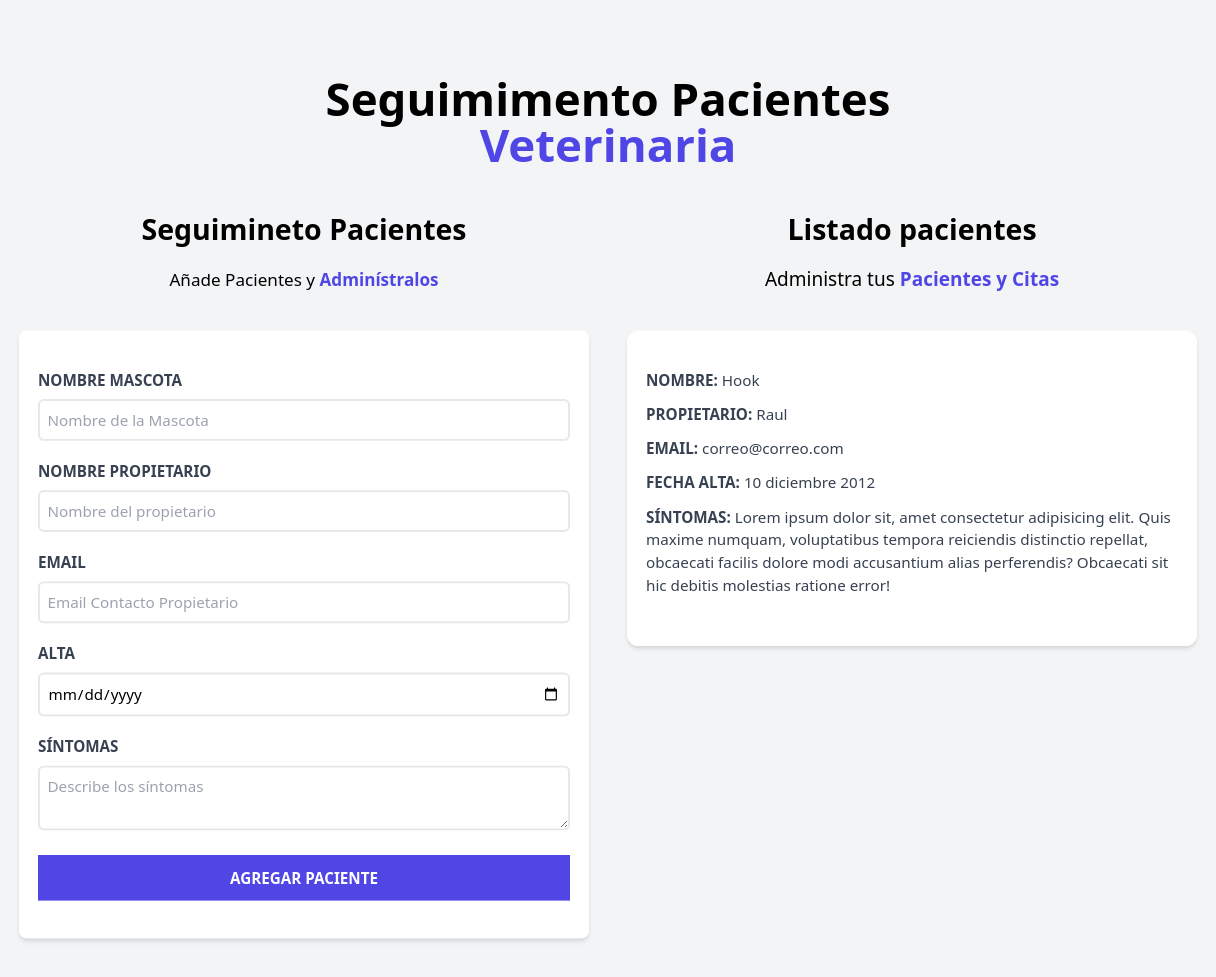
Repository: rlaureano/citas_react
Page: /
An editor plug-in stored every save of this project. The page is shown before and after the next save, followed by the edit.
The browser window is 1280 px wide. The pictures show the whole page, at 95% of full size.
The project was rebuilt for these pictures with package versions that can differ from the ones it lists, and the page was loaded fresh each time. Also part of the build but not shown: vite.config.js, src/components/Error.jsx.

Above is the page before, as saved 2022-01-14 21:03:28.

### src/App.jsx
import { useState } from "react"

import Formulario from "./components/Formulario"
import Header from "./components/Header"
import ListadoPacientes from "./components/ListadoPacientes"

function App() {

  const [ pacientes, setPacientes ] = useState([]);

  return (
    <div className="container mx-auto mt-20 max-w-7xl">
      <Header  />
      <div className="mt-12 md:flex">
        <Formulario
          pacientes = { pacientes }
          setPacientes = { setPacientes }
        />
        <ListadoPacientes
          pacientes = { pacientes }
        />
      </div>
    </div>
  )
}

export default App

### src/components/Formulario.jsx
import {useState, useEffect} from 'react'
import Error from './Error'

const Formulario = ( { setPacientes, pacientes }) => {

  const [ nombre, setNombre ] = useState('');
  const [ propietario, setPropietario ] = useState('');
  const [ email, setEmail ] = useState('');
  const [ fecha, setFecha ] = useState('');
  const [ sintomas, setSintomas ] = useState('');

  const [ error, setError ] = useState(false);

  const handleSubmit = e => {

    e.preventDefault();

    if( [ nombre, propietario, email, fecha, sintomas ].includes('') ) return setError(true)

    setError(false)

    const objPaciente = { nombre, propietario, email, fecha, sintomas }

    setPacientes( [ ...pacientes, objPaciente ] )
    setNombre('')
    setPropietario('')
    setEmail('')
    setFecha('')
    setSintomas('')

  }

  return (
    <div className="md:w-1/2 lg:w2/5">

      <h2 className="font-black text-3xl text-center">Seguimineto Pacientes</h2>

      <p className="text-lg mt-5 text-center mb-10">
        Añade Pacientes y {''}
        <span className="text-indigo-600 font-bold text-lg">Adminístralos</span>
      </p>

      <form action="" className="bg-white shadow-md rounded-lg py-10 px-5 mb-10 mx-5" onSubmit={ handleSubmit }>

        { error && <Error message = 'Todos los campos son obligatorios' /> }

        <div className="mb-5">
          <label htmlFor="mascota" className="block text-gray-700 uppercase font-bold">Nombre Mascota</label>
          <input
            id='mascota'
            type="text"
            placeholder="Nombre de la Mascota"
            className="border-2 w-full p-2 mt-2 placeholder-gray-400 rounded-md"
            value={ nombre }
            onChange={ (e) => setNombre(e.target.value) }
          />
        </div>

        <div className="mb-5">
          <label htmlFor="propietario" className="block text-gray-700 uppercase font-bold">Nombre Propietario</label>
          <input
            id='propietario'
            type="text"
            placeholder="Nombre del propietario"
            className="border-2 w-full p-2 mt-2 placeholder-gray-400 rounded-md"
            value={ propietario }
            onChange={ (e) => setPropietario(e.target.value) }
          />
        </div>

        <div className="mb-5">
          <label htmlFor="email" className="block text-gray-700 uppercase font-bold">Email</label>
          <input
            id='email'
            type="email"
            placeholder="Email Contacto Propietario"
            className="border-2 w-full p-2 mt-2 placeholder-gray-400 rounded-md"
            value={ email }
            onChange={ (e) => setEmail(e.target.value) }
          />
        </div>

        <div className="mb-5">
          <label htmlFor="alta" className="block text-gray-700 uppercase font-bold">Alta</label>
          <input
            id='alta'
            type="date"
            className="border-2 w-full p-2 mt-2 placeholder-gray-400 rounded-md"
            value={ fecha }
            onChange={ (e) => setFecha(e.target.value) }
          />
        </div>

        <div className="mb-5">
          <label htmlFor="sintomas" className="block text-gray-700 uppercase font-bold">Síntomas</label>
          <textarea
            id='sintomas'
            placeholder="Describe los síntomas"
            className="border-2 w-full p-2 mt-2 placeholder-gray-400 rounded-md"
            value={ sintomas }
            onChange={ (e) => setSintomas(e.target.value) }
          />
        </div>

        <input
          type="submit"
          className="bg-indigo-600 w-full p-3 text-white uppercase font-bold hover:bg-indigo-700 cursor-pointer transition-all"
          value="Agregar Paciente"
        />
      </form>

    </div>
  )
}

export default Formulario

### src/components/Header.jsx
function Header() {
  return (

      <h1 className="font-black text-5xl text-center md:w-2/3 mx-auto">Seguimimento Pacientes {''}
        <span className="text-indigo-600">Veterinaria</span>
      </h1>

  )
}

export default Header

### src/components/ListadoPacientes.jsx
import React from 'react'
import Paciente from './Paciente'


const ListadoPacientes = () => {
  return (
    <div className="md:w-1/2 ld:w-3/5 md:h-screen overflow-y-scroll">
      <h2 className="font-black text-3xl text-center">Listado pacientes</h2>
      <p className="text-xl mt-5 mb-10 text-center">
        Administra tus {''}
        <span className="text-indigo-600 font-bold">Pacientes y Citas</span>
      </p>
      <Paciente />
    </div>
  )
}

export default ListadoPacientes

### src/components/Paciente.jsx
import React from 'react'

const Paciente = () => {
  return (
    <div>
      <div className="mx-5 my-10 bg-white shadow-md px-5 py-10 rounded-xl">
        <p className="font-bold mb-3 text-gray-700 uppercase">
          Nombre: {''}
          <span className="font-normal normal-case">Hook</span>
        </p>

        <p className="font-bold mb-3 text-gray-700 uppercase">
          Propietario: {''}
          <span className="font-normal normal-case">Raul</span>
        </p>

        <p className="font-bold mb-3 text-gray-700 uppercase">
          Email: {''}
          <span className="font-normal normal-case">correo@correo.com</span>
        </p>

        <p className="font-bold mb-3 text-gray-700 uppercase">
          Fecha Alta: {''}
          <span className="font-normal normal-case">10 diciembre 2012</span>
        </p>

        <p className="font-bold mb-3 text-gray-700 uppercase">
          Síntomas: {''}
          <span className="font-normal normal-case">Lorem ipsum dolor sit, amet consectetur adipisicing elit. Quis maxime numquam, voluptatibus tempora reiciendis distinctio repellat, obcaecati facilis dolore modi accusantium alias perferendis? Obcaecati sit hic debitis molestias ratione error!</span>
        </p>
      </div>
    </div>
  )
}

export default Paciente

### tailwind.config.js
module.exports = {
  purge: ["./index.html", "./src/**/*.{jsx}"],
  content: [],
  theme: {
    extend: {},
  },
  plugins: [],
}

Loaded but not shown: index.html (common file); src/main.jsx (common file); src/index.css (common file)

After the next save:
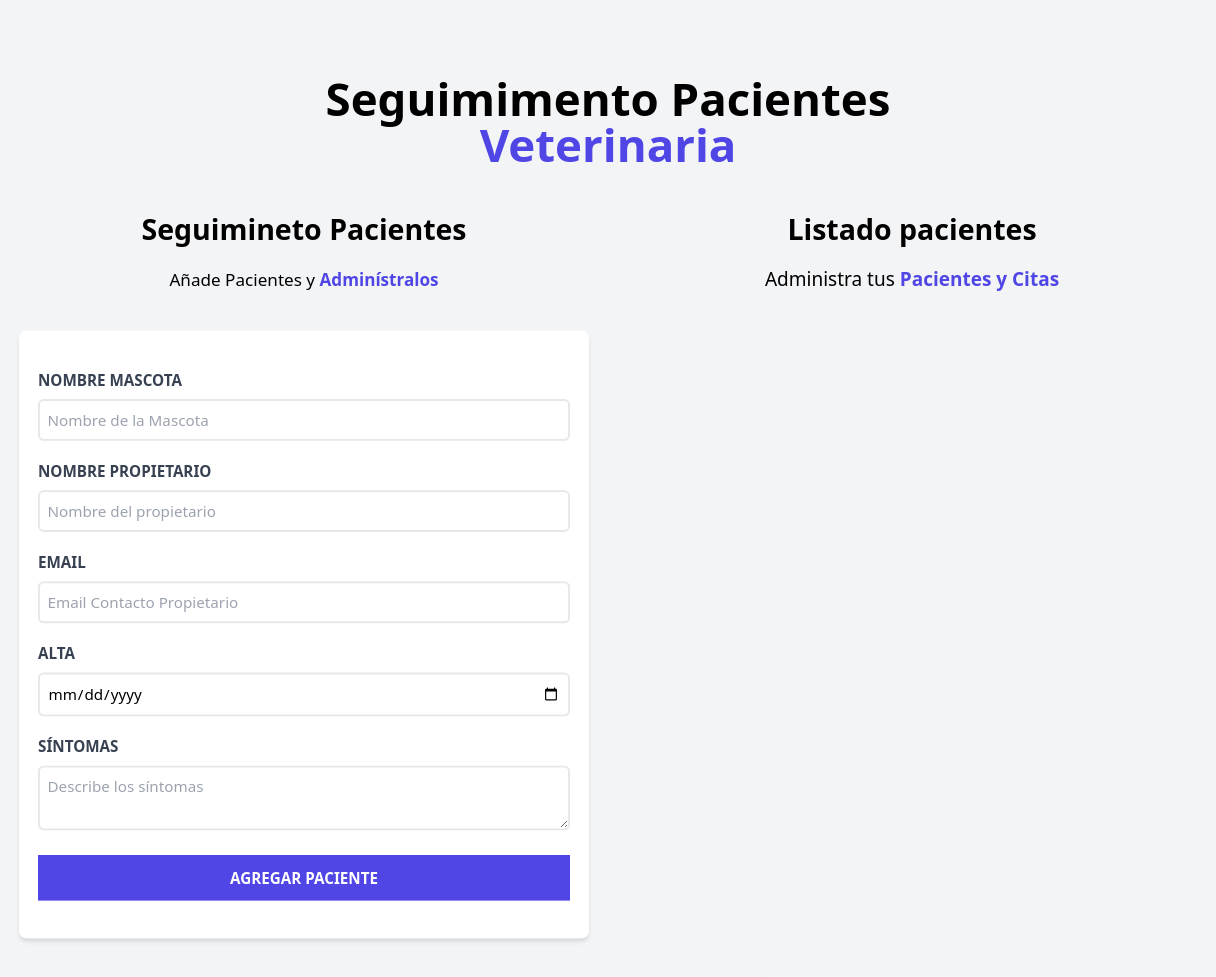
Saved 3 min 23 s later.
--- a/src/components/ListadoPacientes.jsx
+++ b/src/components/ListadoPacientes.jsx
@@ -2,7 +2,10 @@ import React from 'react'
 import Paciente from './Paciente'
 
 
-const ListadoPacientes = () => {
+const ListadoPacientes = ( { pacientes }) => {
+
+
+
   return (
     <div className="md:w-1/2 ld:w-3/5 md:h-screen overflow-y-scroll">
       <h2 className="font-black text-3xl text-center">Listado pacientes</h2>
@@ -10,7 +13,9 @@ const ListadoPacientes = () => {
         Administra tus {''}
         <span className="text-indigo-600 font-bold">Pacientes y Citas</span>
       </p>
-      <Paciente />
+
+      { pacientes.map( paciente => <Paciente nombre={ paciente.nombre}  propietario = { propietario } email = { email } fecha = { fecha } sintomas = { sintomas }/> ) }
+
     </div>
   )
 }
